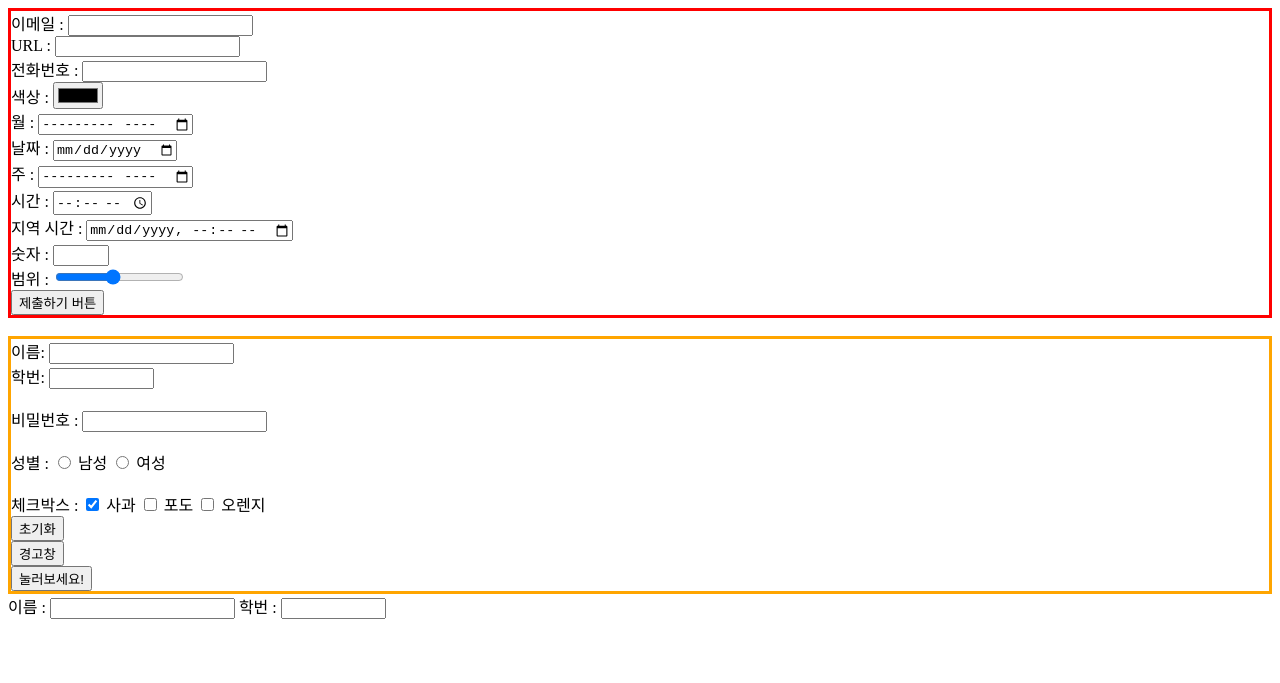
Repository: dhbaek2004/JSPex
Page: http://localhost/UX/InputForm.jsp
The author's editor kept a copy of each file at every save. The page is drawn from the files as they stood at one save, then again after the next save.
The browser window is 1280 px wide. The pictures show the whole page.
The page is served by Tomcat 9.

Above is the page before, as saved 2020-08-27 08:37:14.

### Infrearn/UX/UX/WebContent/InputForm.jsp
<%@ page language="java" contentType="text/html; charset=EUC-KR"
    pageEncoding="EUC-KR"%>
<!DOCTYPE html>
<html>
<head>
<meta charset="EUC-KR">
<title>Insert title here</title>
</head>
<body>
	<form action="input.jsp" method="post">
		<div style="border:3px solid red;">
			이메일 : <input type="email" name="email"> <br>
			URL : <input type="url" name="url"> <br>
			전화번호 : <input type="tel" name="tel"> <br>
			색상 : <input type="color" name="color"> <br>
			월 : <input type="month" name="month"> <br>
			날짜 : <input type="date" name="date"> <br>
			주 : <input type="month" name="week"> <br>
			시간 : <input type="time" name="time"> <br>
			지역 시간 : <input type="datetime-local" name="localdatetime"> <br>
			숫자 : <input type="number" name="number" min="1" max="10" step="2"> <br>
			범위 : <input type="range" name="range" min="1" max="10" step="2"> <br>

			<input type="submit" value="제출하기 버튼" name="button1">
		</div>

		<br>

		<div style="border:3px solid orange;">
			이름: <input type="text" name="name"> <br>
			학번: <input type="text" name="number" size="10"> <br>
			<br>
			비밀번호 : <input type="password" name="password"> <br>
			<br>
			성별 :
			<input type="radio" name="gender" value="male"> 남성
			<input type="radio" name="gender" value="female"> 여성 <br>
			<br>
			체크박스 :
			<input type="checkbox" name="fruits" value="apple" checked> 사과
			<input type="checkbox" name="fruits" value="grape" > 포도
			<input type="checkbox" name="fruits" value="orange" > 오렌지
			<br>
			<input type="reset" value="초기화">
			<br>
			<input type="button" value="경고창" onclick="alert('경고창을 클릭하였습니다.')">
			<br>
			<button type="button" onclick="alert('안녕하세요?')">눌러보세요!</button>
		</div>
	</form>

	<form>
		이름 : <input type="text" name="name">
		학번 : <input type="text" name="number" size="10">

	</form>


</body>
</html>

After the next save:
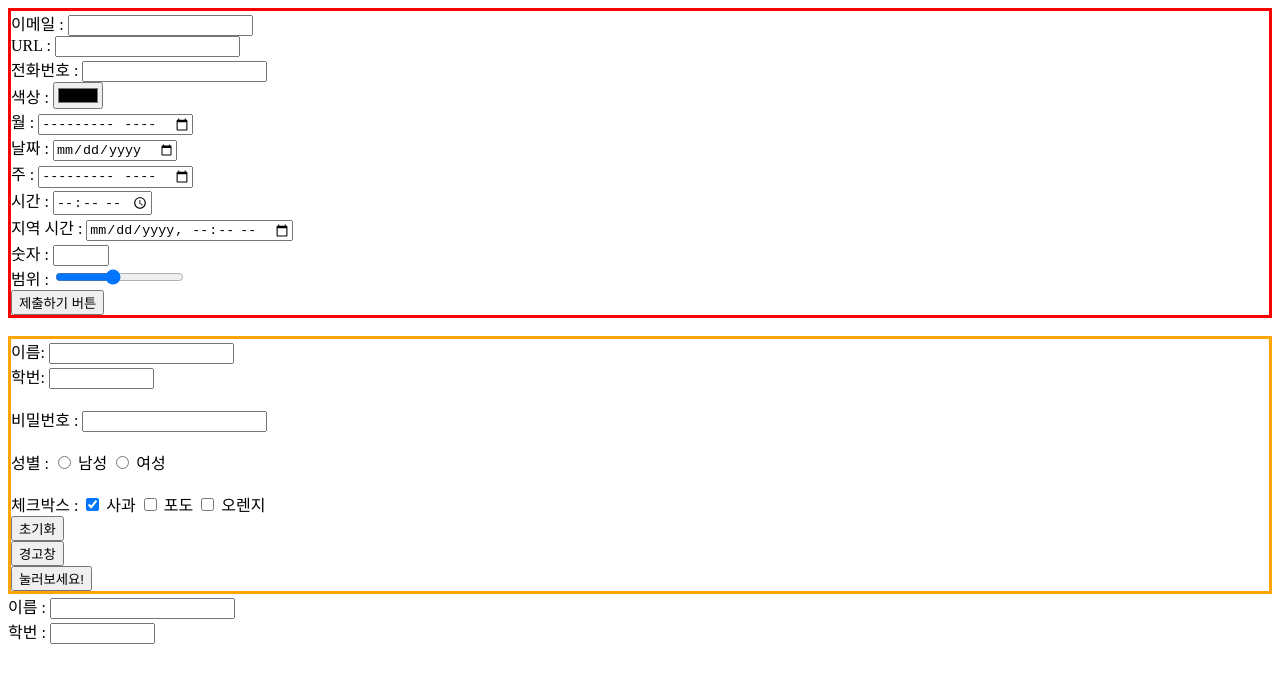
Saved 4 min 25 s later.
--- a/Infrearn/UX/UX/WebContent/InputForm.jsp
+++ b/Infrearn/UX/UX/WebContent/InputForm.jsp
@@ -50,8 +50,9 @@
 	</form>
 
 	<form>
-		이름 : <input type="text" name="name">
+		이름 : <input type="text" name="name"> <br>
 		학번 : <input type="text" name="number" size="10">
+
 
 	</form>
 
